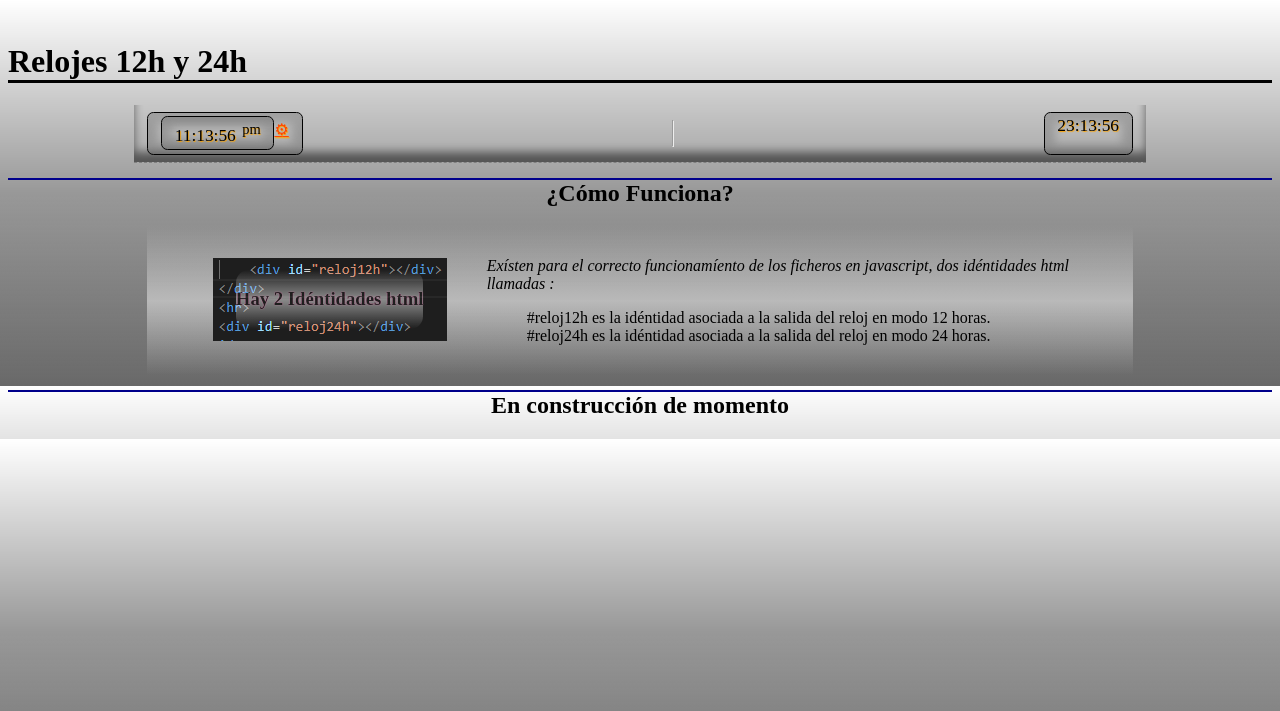
Repository: marcostonfor/clocks
Page: index.html
The author's editor kept a copy of each file at every save. The page is drawn from the files as they stood at one save, then again after the next save.
The browser window is 1280 px wide. The pictures show the whole page.

Above is the page before, as saved 2024-09-18 23:32:59.

After the next save:
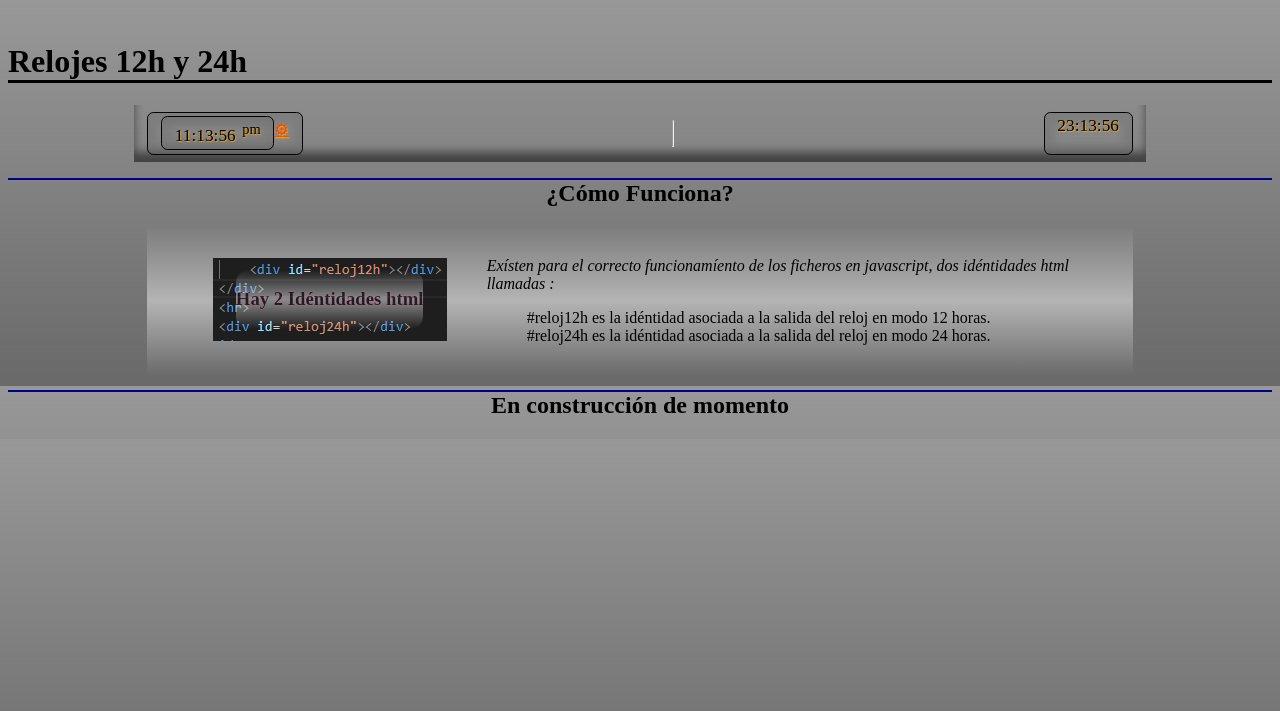
Saved 36 s later.
--- a/index.html
+++ b/index.html
@@ -8,7 +8,7 @@
     <style>
 
         body {
-            background-image: repeating-linear-gradient(0deg, dimgray 12%, hsla(0, 0%, 0%, 0.404), transparent);
+            background-image: repeating-linear-gradient(0deg, dimgray 12%, hsla(0, 0%, 0%, 0.404));
         }
 
         h1 {
